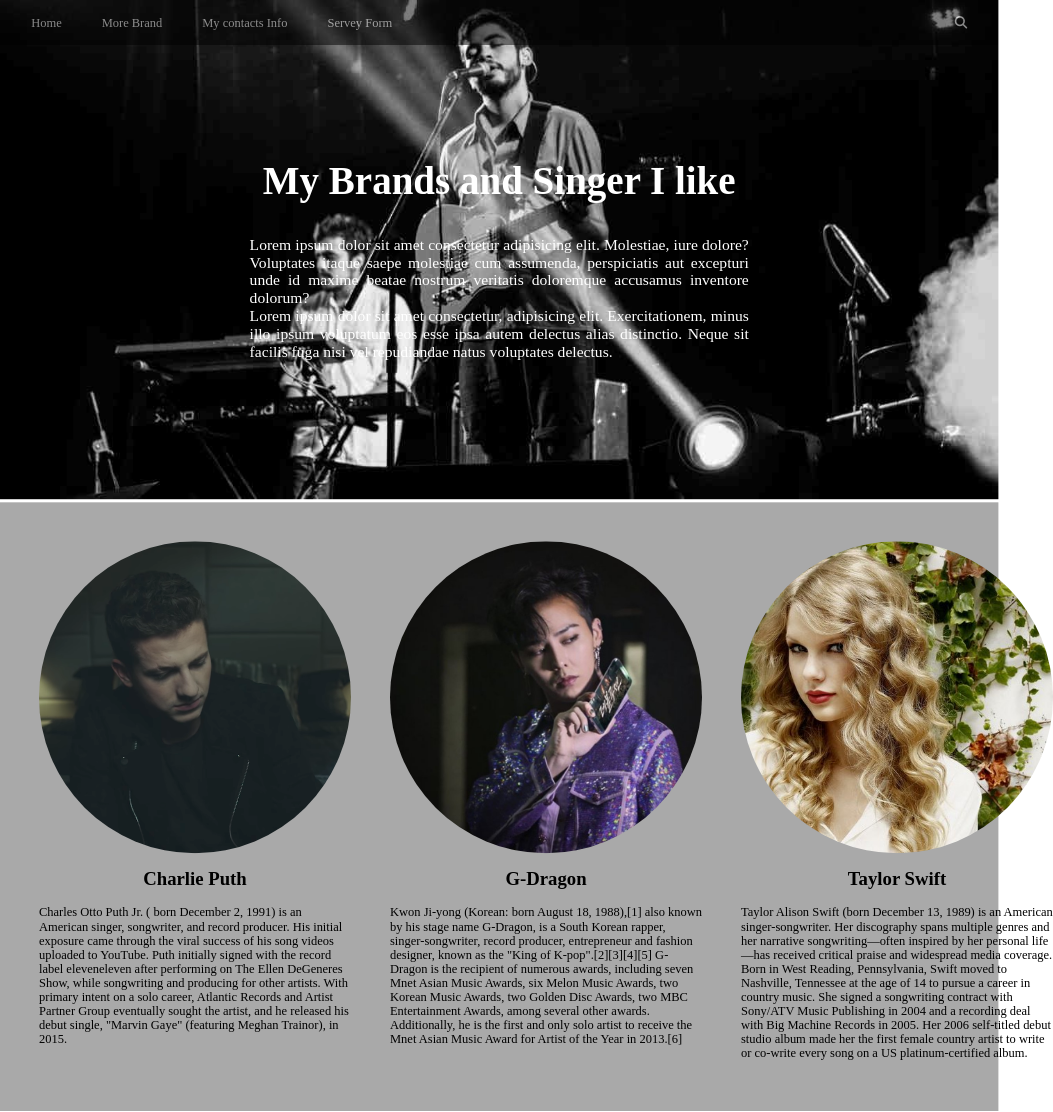
Repository: MinChea36/asm
Page: ASSM1.html
The author's editor kept a copy of each file at every save. The page is drawn from the files as they stood at one save, then again after a run of saves.
The browser window is 1280 px wide. The page is 1350 px wide, so the pictures cover 1350 px, including what lies to the right of the window. The pictures show the whole page, at 78% of full size.

Above is the page before, as saved 2022-09-22 22:33:47.

After the next 2 saves:
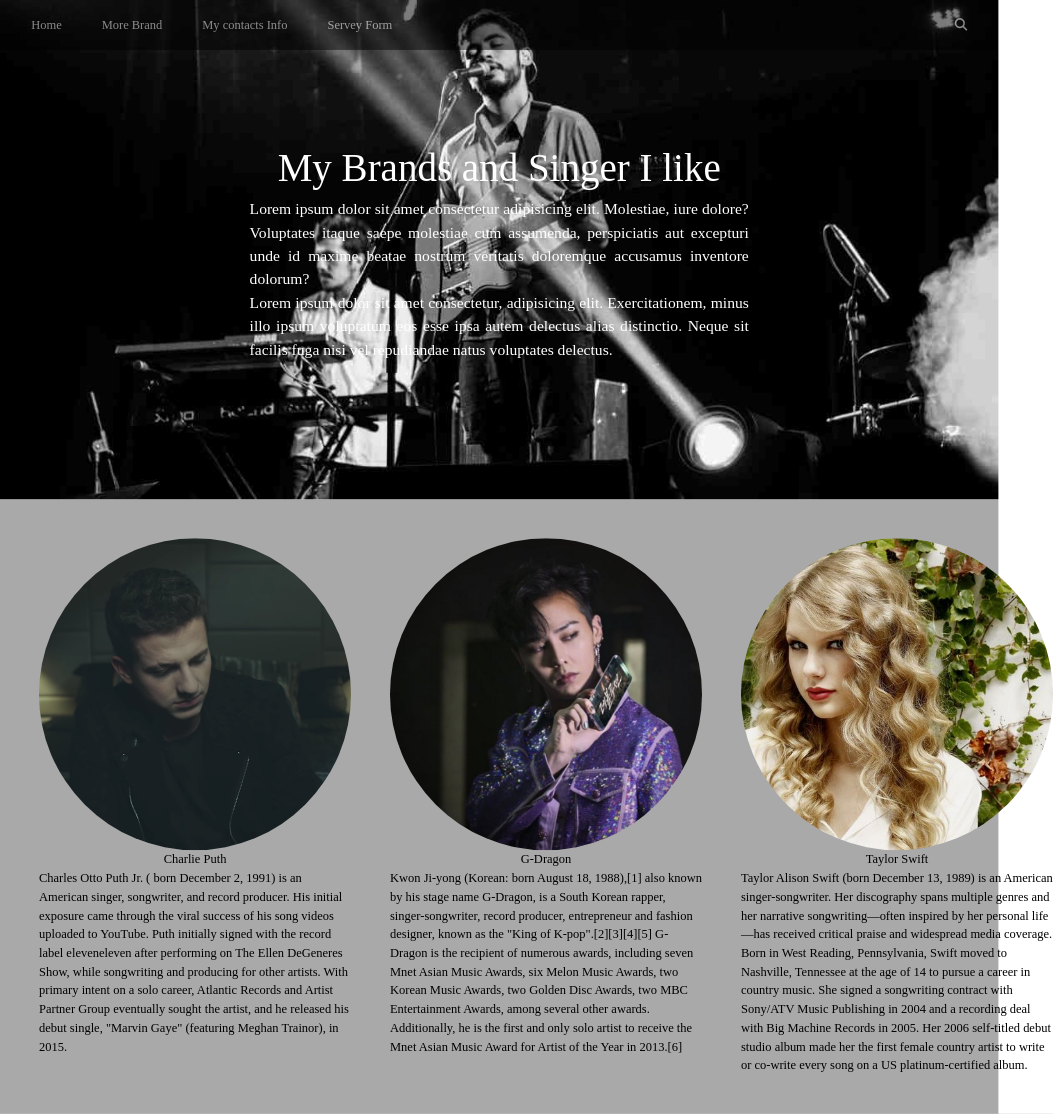
The 2 saves are shown as one change because they came seconds apart.
The last was saved 6 s later.
--- a/ASSM1.html
+++ b/ASSM1.html
@@ -4,7 +4,7 @@
     <meta charset="UTF-8">
     <meta http-equiv="X-UA-Compatible" content="IE=edge">
     <meta name="viewport" content="width=device-width, initial-scale=1.0">
-    <link rel="stylesheet" href="style.css">
+    <link rel="stylesheet" href="./resetcss.css">
     <link rel="stylesheet" href="./style.css">
     <link rel="stylesheet" href="https://cdnjs.cloudflare.com/ajax/libs/font-awesome/6.2.0/css/all.min.css">
     <title>AssignMent 1</title>
